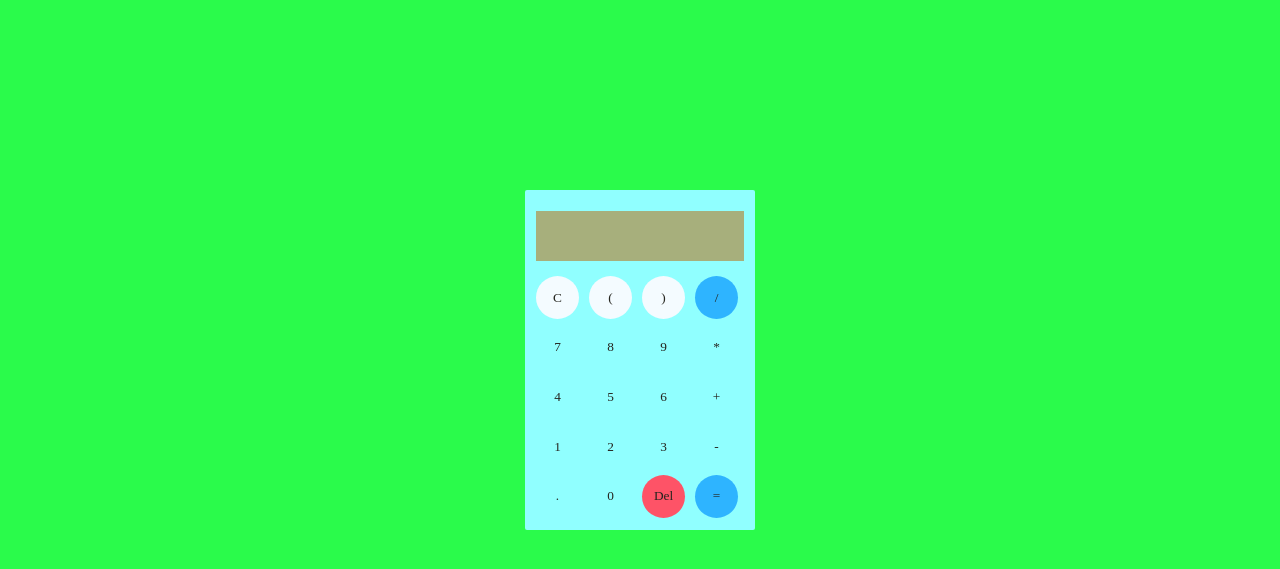
Repository: ServerK001/CalcJsVanilha
Page: index.html
The author's editor kept a copy of each file at every save. The page is drawn from the files as they stood at one save, then again after a run of saves.
The browser window is 1280 px wide. The pictures show the whole page.

Above is the page before, as saved 2022-02-15 18:11:45.

### index.html
<!DOCTYPE html>
<html lang="pt-br">
<head>
    <meta charset="UTF-8">
    <meta http-equiv="X-UA-Compatible" content="IE=edge">
    <meta name="viewport" content="width=device-width, initial-scale=1.0">
    <script src="index.js" ></script>
    <link rel="stylesheet" href="style.css">


    <title>Calculadora</title>
</head>
<body>

        <section class="conteiner">


            <table class="calculadora">
                <tr>
                    <td colspan="4"><input type="text" class="display"></td>
                </tr>

                <tr>
                    <td><button class="btn btn_1 btn-clear">C</button></td>
                    <td><button class="btn btn_1 btn-num">(</button></td>
                    <td><button class="btn btn_1 btn-num">)</button></td>
                    <td><button class="btn btn_2 btn-num">/</button></td>
                </tr>

                <tr>
                    <td><button class="btn btn-num">7</button></td>
                    <td><button class="btn btn-num">8</button></td>
                    <td><button class="btn btn-num">9</button></td>
                    <td><button class="btn btn-num">*</button></td>
                </tr>
                <tr>
                    <td><button class="btn btn-num">4</button></td>
                    <td><button class="btn btn-num">5</button></td>
                    <td><button class="btn btn-num">6</button></td>
                    <td><button class="btn btn-num">+</button></td>
                </tr>
                <tr>
                    <td><button class="btn btn-num">1</button></td>
                    <td><button class="btn btn-num">2</button></td>
                    <td><button class="btn btn-num">3</button></td>
                    <td><button class="btn btn-num">-</button></td>
                </tr>
                <tr>
                    <td><button class="btn  btn-num">.</button></td>
                    <td><button class="btn btn-num">0</button></td>
                    <td><button class="btn btn_4 btn-del">Del</button></td>
                    <td><button class="btn btn_2 btn-num">=</button></td>
                </tr>

            </table>


        </section>

</body>
</html>

### index.js
console.log('Olá mundo')

### style.css


:root{
    --btn: #25251f;
    --font-display:#435338;
    --displayBG:#a7af7c;
    --bgCalc:#90FFFF;
    --bgConteiner:#5b5b5b;

    /*Bootuns Colors*/

    --btn_1:#F4FBFF;
    --btn_2:#2EB4FF;
    --btn_3:#2AFB4B;
    --btn_4:#FE5367;
    --btn_5:#FDEA44;
    --btn_6:#EA46ED;
    --btnHover: #c5e9fd;




}

.display{
    font-size: 1rem;
    width: 100%;
    height: 50px;
    text-align: right;
    font-family: "Unibody 8";
    color: var(--font-display);
    background-color: var(--displayBG);

        border: none;
}

input[type=text] {
    width: 100%;
    padding: 12px 20px;
    margin: 8px 0;
    box-sizing: border-box;
    transition: 0.3s;

  }
  input[type=text]:focus {
        height: 52px;

  }

.btn{
    font-family: "Unibody 8";
    color:var(--btn);
    background-color: var(--bgBtn);
    padding: 0.5rem ;
    border-radius: 50%;
    align-items: center;
    border: none;
    height: 43px;
    width: 43px;
    text-align: center;
    transition: 0.3s;
}.btn:hover{
    background-color: var(--btnHover) ;
}


.calculadora{
    background-color: var(--bgCalc);
    padding: 0.5rem;
    height: 340px;
    width: 230px;
    border-radius: 2px;

}


.body{
    background-color: var(--bgConteiner);
    padding: 1rem;
}

.btn_1{background-color:var(--btn_1)}
.btn_2{background-color:var(--btn_2)}
.btn_3{background-color:var(--btn_3)}
.btn_4{background-color:var(--btn_4)}
.btn_5{background-color:var(--btn_5)}
.btn_6{background-color:var(--btn_6)}

.conteiner{
    display: flex;
    align-items: center;
    justify-content: center;
    height: 100vh;
    background-color: #2AFB4B;
}




html, body{
    box-sizing:none;
    margin: 0 auto;
    border: none;
    padding: 0;
    line-height: 1;


}

After the next 2 saves:
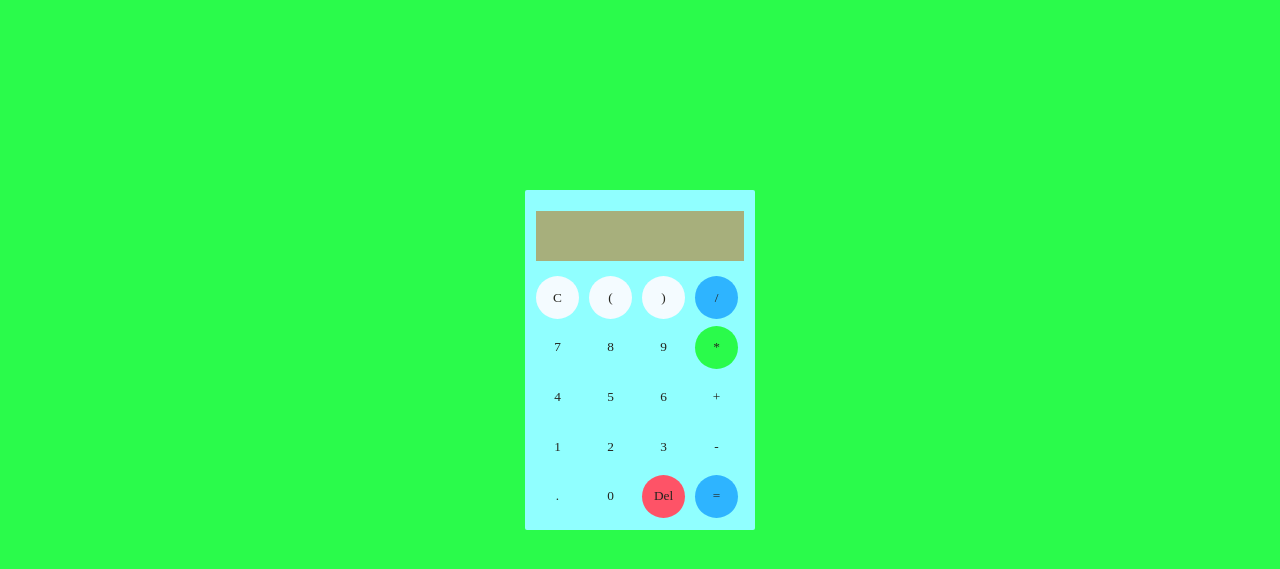
The 2 saves are shown as one change because they came seconds apart.
The last was saved 18 s later.
--- a/index.html
+++ b/index.html
@@ -31,7 +31,7 @@
                     <td><button class="btn btn-num">7</button></td>
                     <td><button class="btn btn-num">8</button></td>
                     <td><button class="btn btn-num">9</button></td>
-                    <td><button class="btn btn-num">*</button></td>
+                    <td><button class="btn btn_3 btn-num">*</button></td>
                 </tr>
                 <tr>
                     <td><button class="btn btn-num">4</button></td>
